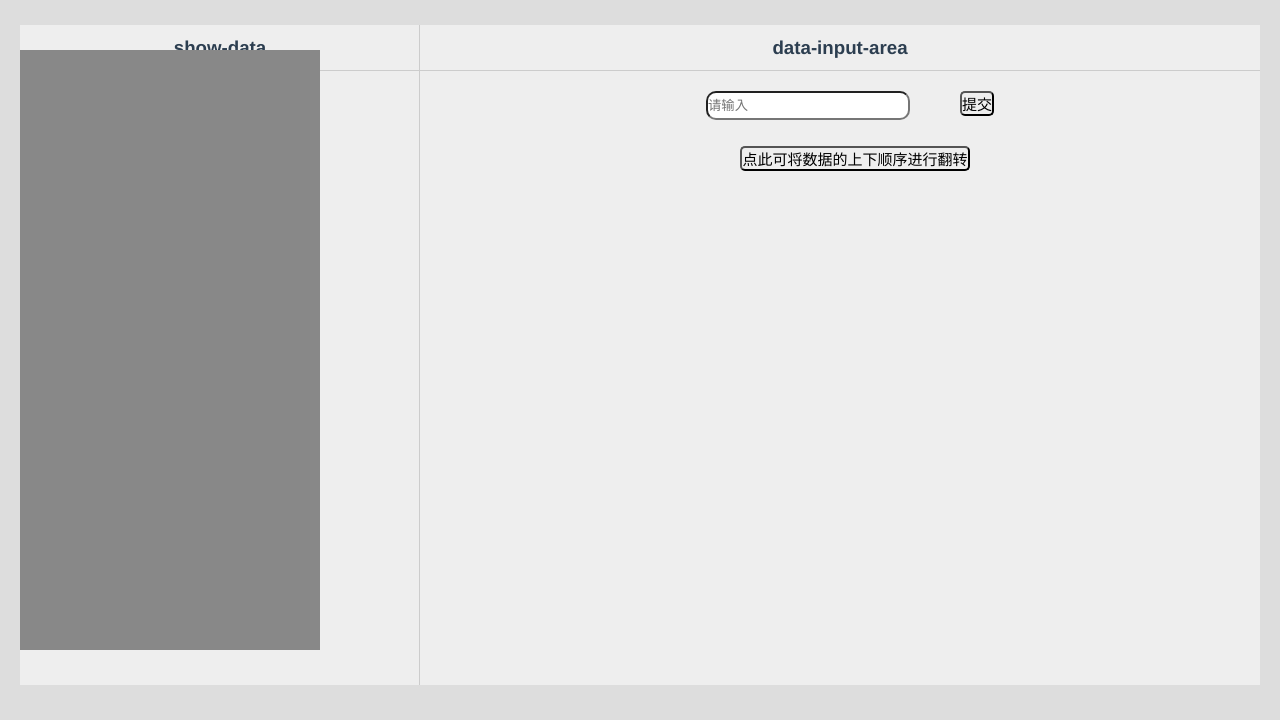
Repository: z-xy-git/demofirst
Page: /home/reverseShowData
The author's editor kept a copy of each file at every save. The page is drawn from the files as they stood at one save, then again after the next save.
The browser window is 1280 px wide. The pictures show the whole page.
The project was rebuilt for these pictures with package versions that can differ from the ones it lists, and the page was loaded fresh each time.

Above is the page before, as saved 2021-03-01 14:31:13.

After the next save:
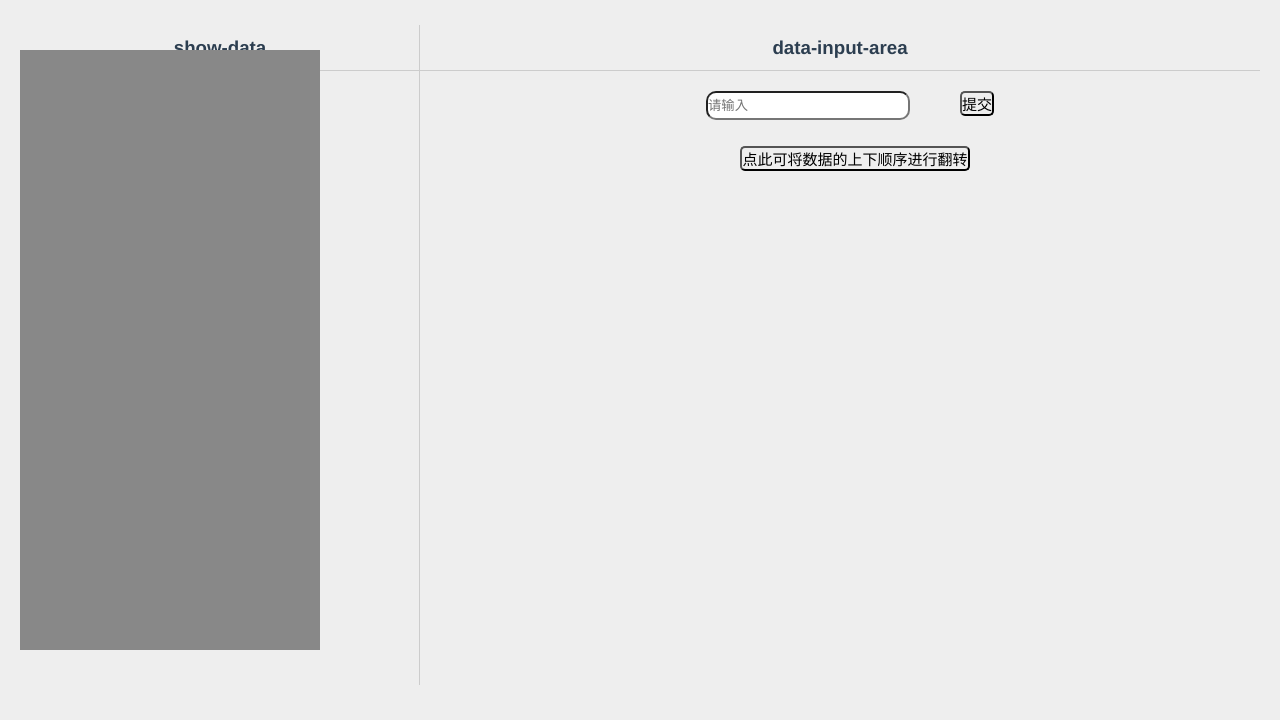
Saved 43 s later.
--- a/src/App.vue
+++ b/src/App.vue
@@ -13,7 +13,7 @@
   color: #2c3e50;
 }
 body{
-  background-color: #ddd;
+  background-color: #eee;
 }
 #nav {
   padding: 30px;
